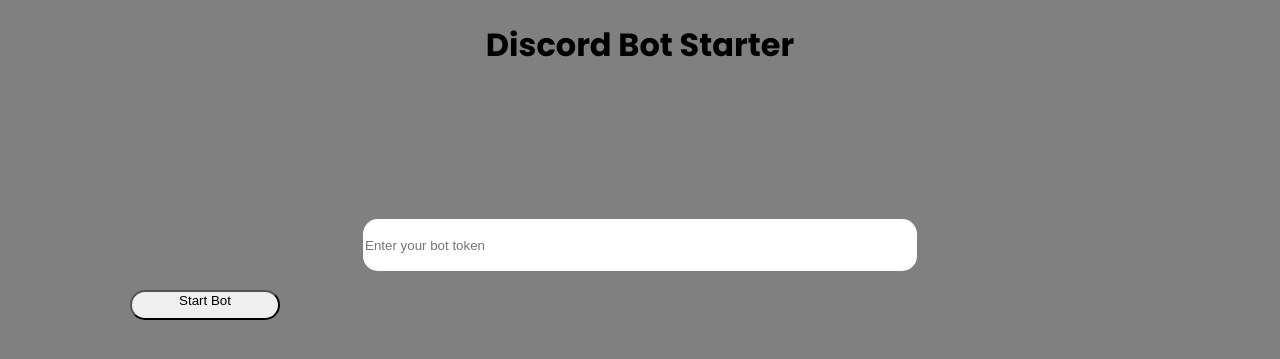
Repository: ranger2202/discord-bot-panel
Page: ranger-bot-runner/app/templates/landing.html
These files come from the project's save history. The page is drawn as it stood at one moment and after the next save; the edit follows.
The browser window is 1280 px wide. The pictures show the whole page.

Above is the page before, as saved 2023-12-30 12:06:46.

### ranger-bot-runner/app/templates/landing.html
<!DOCTYPE html>
<html lang="en">
<head>
    <meta charset="UTF-8">
    <meta name="viewport" content="width=device-width, initial-scale=1.0">
    <link rel="stylesheet" href="./../static/landing.css">
    <link rel="preconnect" href="https://fonts.googleapis.com">
    <link rel="preconnect" href="https://fonts.gstatic.com" crossorigin>
    <link href="https://fonts.googleapis.com/css2?family=Poppins:wght@400;500;600;700&display=swap" rel="stylesheet">
    <title>Discord Bot Starterqwrqwr</title>
</head>
<body>
    <h1 class="bot-header">Discord Bot Starter</h1>
    <div class="bot-token">
        <input class="bot-token-password" type="password" id="token" placeholder="Enter your bot token">
    </div>
    <div class="start-button">
        <button class="start-button" onclick="startBot()">Start Bot</button>
    </div>


    <script type="text/javascript" src="./../static/js/app.js"></script>
</body>
</html>

### ranger-bot-runner/app/static/landing.css
body {
    background-color: grey;
    padding: 0;
    margin: 0;
    font-family: 'Poppins', sans-serif;
}
.start-button{
    cursor: pointer;
    display: flex;
    justify-content: center;
    position: absolute;
    right: 500px;
    width: 150px;
    height: 30px;
    background-color: #;
    top: 145px;
}
.start-button button{
    border-radius: 15px;

}
.bot-header{
    display: flex;
    justify-content: center;
}
.bot-token{
    display: flex;
    justify-content: center;
    margin-top: 150px;
}
.bot-token-password{
    width: 550px;
    height: 50px;
    border-radius: 15px;
    color: #000;
    border: none;

}

### ranger-bot-runner/app/static/js/app.js
function startBot() {
  var token = document.getElementById('token').value;
  fetch('/start_bot', {
      method: 'POST',
      headers: {
          'Content-Type': 'application/json',
      },
      body: JSON.stringify({ bot_token: token }),  // Adjusted to match server expectation
  })
  .then(response => response.json())
  .then(data => {
      alert(data.message);  // Display the server response message
  })
  .catch(error => {
      alert('There was an error somewhere.');
  });
}

After the next save:
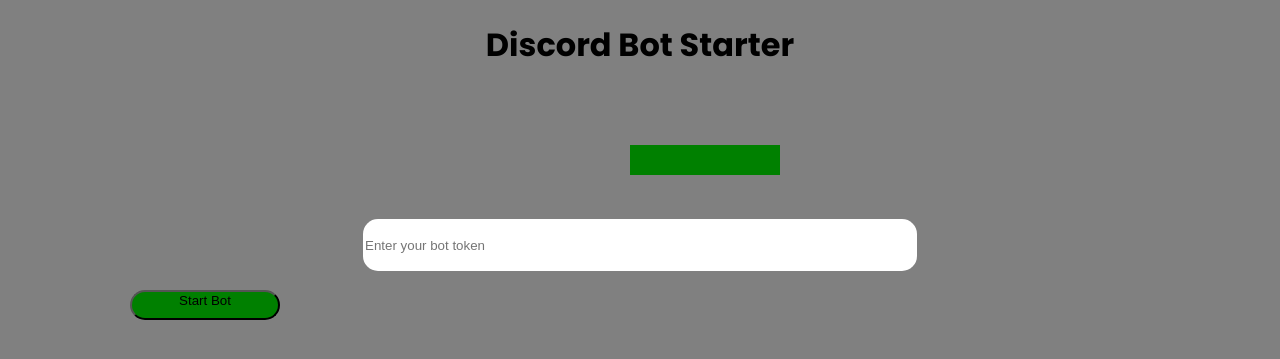
Saved 4 s later.
--- a/ranger-bot-runner/app/static/landing.css
+++ b/ranger-bot-runner/app/static/landing.css
@@ -12,7 +12,7 @@
     right: 500px;
     width: 150px;
     height: 30px;
-    background-color: #;
+    background-color: green;
     top: 145px;
 }
 .start-button button{
